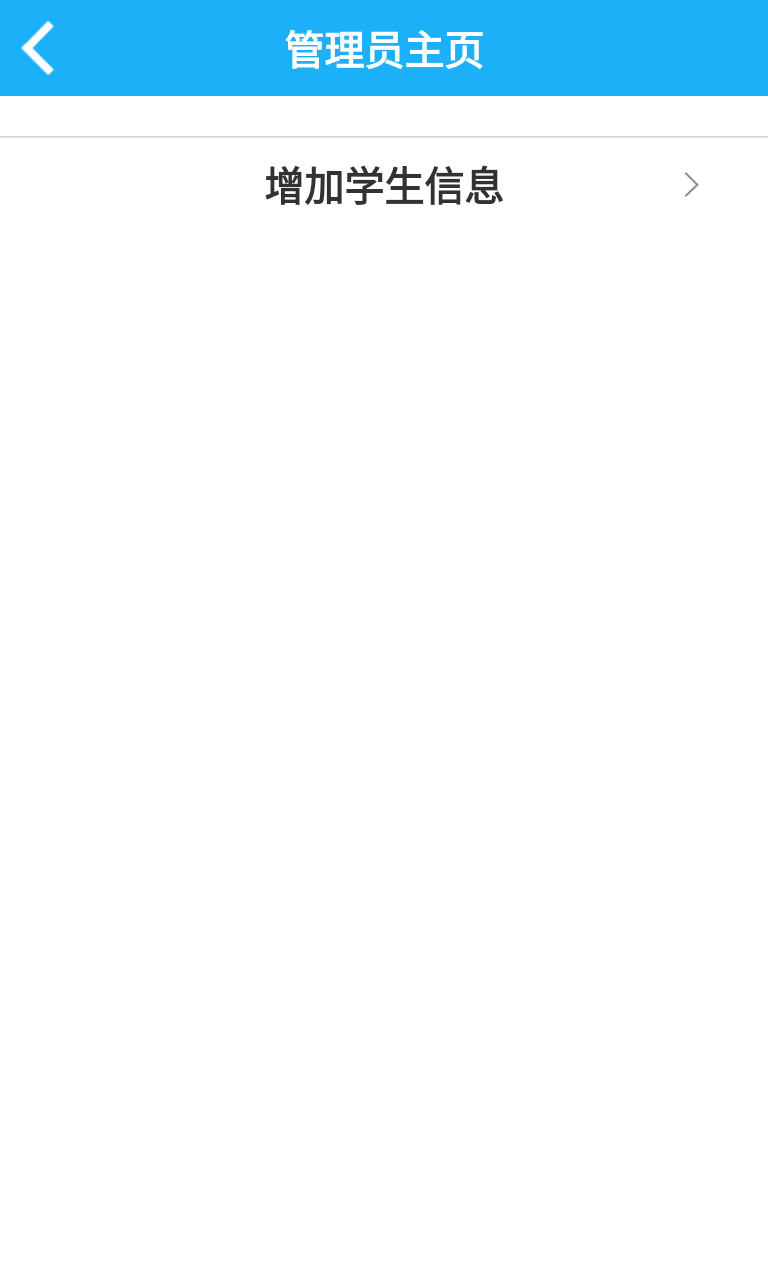
Repository: 15862175370/MyProject
Layout: 毕业设计系统源码_李伟/client/TeachSystem/res/layout/administrator_center.xml
An editor plug-in stored every save of this project. The layout is shown before and after the next save, followed by the edit.
It is drawn on a 768 x 1280 px phone screen (xhdpi) without system bars, with theme AppTheme; the app's code is not run.

Above is the layout before, as saved 2016-05-20 07:49:04.

After the next save:
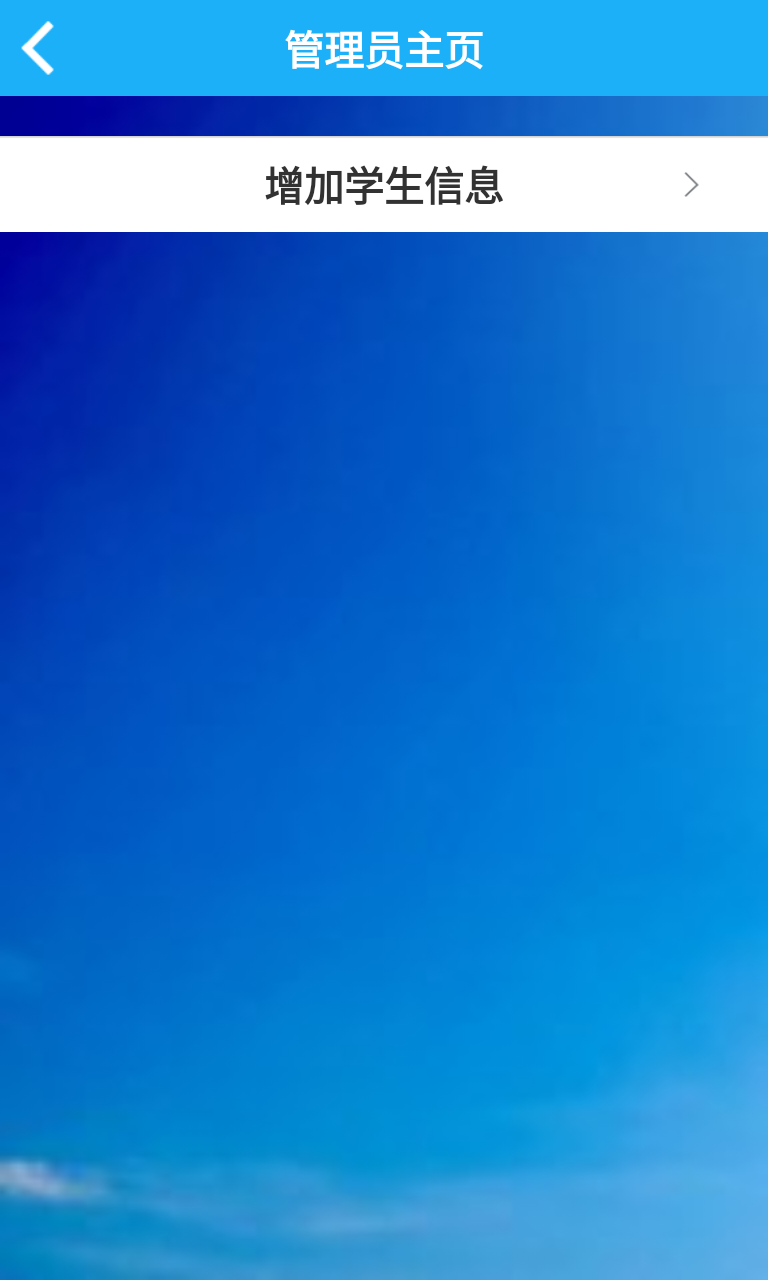
Saved 5 min 31 s later.
--- a/毕业设计系统源码_李伟/client/TeachSystem/res/layout/administrator_center.xml
+++ b/毕业设计系统源码_李伟/client/TeachSystem/res/layout/administrator_center.xml
@@ -2,6 +2,7 @@
 <LinearLayout xmlns:android="http://schemas.android.com/apk/res/android"
     android:layout_width="match_parent"
     android:layout_height="match_parent"
+    android:background="@drawable/ad"
     android:orientation="vertical" >
         <!-- 标题栏 -->
 
